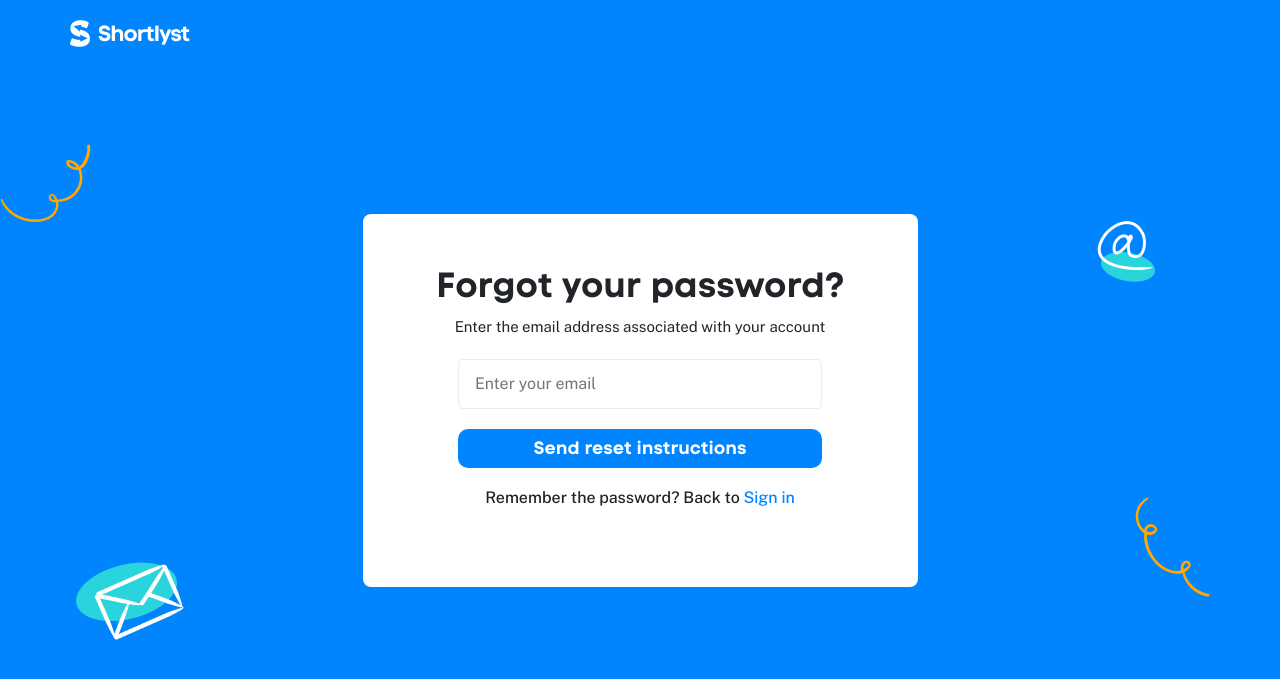
Repository: devtech92/shortlyst-vue
Page: /email-verifed
The author's editor kept a copy of each file at every save. The page is drawn from the files as they stood at one save, then again after a run of saves.
The browser window is 1280 px wide. The pictures show the whole page.
Some web libraries are served in a nearby version. The project was rebuilt for these pictures with package versions that can differ from the ones it lists, and the page was loaded fresh each time. Also part of the build but not shown: vue.config.js, src/components/layouts/Navigation.vue, src/components/layouts/DefaultLayout.vue, src/views/Home.vue.

Above is the page before, as saved 2021-06-04 21:46:10.

### public/index.html
<!DOCTYPE html>
<html lang="">

<head>
  <meta charset="utf-8">
  <meta http-equiv="X-UA-Compatible" content="IE=edge">
  <meta name="viewport" content="width=device-width,initial-scale=1.0">
  <link rel="icon" href="<%= BASE_URL %>favicon.ico">

  <!-- Styles -->
  <link rel="stylesheet" href="https://cdnjs.cloudflare.com/ajax/libs/font-awesome/5.11.2/css/all.min.css">
  <link rel="stylesheet" href="https://cdn.jsdelivr.net/gh/fancyapps/fancybox@3.5.7/dist/jquery.fancybox.min.css" />
  <link rel="stylesheet" type="text/css" href="css/owl.css">

  <!-- Scripts -->
  <!-- <script rel="preload" as="script" src="https://code.jquery.com/jquery-3.5.1.slim.min.js"
          integrity="sha384-DfXdz2htPH0lsSSs5nCTpuj/zy4C+OGpamoFVy38MVBnE+IbbVYUew+OrCXaRkfj"
          crossorigin="anonymous"></script>
  <script rel="preload" as="script" src="https://cdn.jsdelivr.net/npm/bootstrap@4.6.0/dist/js/bootstrap.bundle.min.js"
          integrity="sha384-Piv4xVNRyMGpqkS2by6br4gNJ7DXjqk09RmUpJ8jgGtD7zP9yug3goQfGII0yAns"
          crossorigin="anonymous"></script> -->
   <script rel="preload"  src="js/jquery.min.js" as="script"></script>
   <script rel="preload" src="js/bootstrap.bundle.min.js" as="script"></script>
  <script rel="preload" src="js/owl.js" as="script"></script>
  <script rel="preload" src="js/custom.js" as="script"></script>

  <title>
    <%= htmlWebpackPlugin.options.title %>
  </title>
</head>

<body>
  <noscript>
    <strong>We're sorry but <%= htmlWebpackPlugin.options.title %> doesn't work properly without JavaScript enabled.
        Please enable it to continue.</strong>
  </noscript>
  <div id="app"></div>
  <!-- built files will be auto injected -->

</body>

</html>

### src/views/EmailVerifed.vue
<template>
  <section class="contact-salses forgot-password">
    <div class="container-fluid">
      <div class="row">
        <div class="col-md-12">
          <div class="salse-header">
            <div class="login-logo">
              <router-link to="/">
                <img src="@/assets/images/white-logo.png" />
              </router-link>
            </div>
          </div>
        </div>
      </div>
    </div>
    <div class="container">
      <div class="row">
        <div class="col-md-12">
          <div class="contact-sales">
            <div class="contact-vectors contact-vector">
              <img src="@/assets/images/contact-vector1.png" />
            </div>
            <div class="contact-vectors contact-vector1">
              <img src="@/assets/images/forgot-vector.png" />
            </div>
            <div class="contact-vectors contact-vector2">
              <img src="@/assets/images/contact-vector5.png" />
            </div>
            <div class="contact-vectors contact-vector3">
              <img src="@/assets/images/contact-vector3.png" />
            </div>
            <div class="contacts-sales">
              <div class="salse-title">
                <h3>Forgot your password?</h3>
                <p>Enter the email address associated with your account</p>
              </div>
              <form action="" class="contact-form">
                <div class="forgot-pass">
                  <div class="form-rows">
                    <input
                      type="email"
                      class="general-field"
                      placeholder="Enter your email"
                    />
                  </div>
                  <div class="form-rows">
                    <button class="btn btn-blue">
                      Send reset instructions
                    </button>
                  </div>
                  <div class="form-rows">
                    <h6>
                      Remember the password? Back to
                      <router-link to="/login">Sign in</router-link>
                    </h6>
                  </div>
                </div>
              </form>
            </div>
          </div>
        </div>
      </div>
    </div>
  </section>
</template>


<script>
// @ is an alias to /src

import GuestLayout from "@/components/layouts/GuestLayout.vue";

export default {
  name: "ForgotPassword",
  components: {
    // ,
  },
  created() {
    this.$emit(`update:layout`, GuestLayout);
  },
  mounted() {},
};
</script>

### src/assets/scss/_variables.scss
// Body
// $body-bg: #f8fafc;

// Typography
// $font-family-sans-serif: "Nunito",
// sans-serif;
// $font-size-base: 0.9rem;
// $line-height-base: 1.6;

// Colors
// $primary: #F97D02;
// $dark: #131921;
// $dark-grey:#212A39;

// Colors
$blue: #3490dc;
$indigo: #6574cd;
$purple: #9561e2;
$pink: #f66d9b;
$red: #e3342f;
$orange: #f6993f;
$yellow: #ffed4a;
$green: #38c172;
$teal: #4dc0b5;
$cyan: #6cb2eb;
// $input-color: $dark !important;
// $input-border-color: lighten($dark, 30%) !important;

### src/components/layouts/GuestLayout.vue
<template>
  <div>
    <slot />
  </div>
</template>
<script>
export default {
  name: "GuestLayoutView",
};
</script>
<style></style>

### public/css/owl.css
/**
 * Owl Carousel v2.3.4
 * Copyright 2013-2018 David Deutsch
 * Licensed under: SEE LICENSE IN https://github.com/OwlCarousel2/OwlCarousel2/blob/master/LICENSE
 */
.owl-carousel,.owl-carousel .owl-item{-webkit-tap-highlight-color:transparent;position:relative}.owl-carousel{display:none;width:100%;z-index:1}.owl-carousel .owl-stage{position:relative;-ms-touch-action:pan-Y;touch-action:manipulation;-moz-backface-visibility:hidden}.owl-carousel .owl-stage:after{content:".";display:block;clear:both;visibility:hidden;line-height:0;height:0}.owl-carousel .owl-stage-outer{position:relative;overflow:hidden;-webkit-transform:translate3d(0,0,0)}.owl-carousel .owl-item,.owl-carousel .owl-wrapper{-webkit-backface-visibility:hidden;-moz-backface-visibility:hidden;-ms-backface-visibility:hidden;-webkit-transform:translate3d(0,0,0);-moz-transform:translate3d(0,0,0);-ms-transform:translate3d(0,0,0)}.owl-carousel .owl-item{min-height:1px;float:left;-webkit-backface-visibility:hidden;-webkit-touch-callout:none}.owl-carousel .owl-item img{display:block;width:100%}.owl-carousel .owl-dots.disabled,.owl-carousel .owl-nav.disabled{display:none}.no-js .owl-carousel,.owl-carousel.owl-loaded{display:block}.owl-carousel .owl-dot,.owl-carousel .owl-nav .owl-next,.owl-carousel .owl-nav .owl-prev{cursor:pointer;-webkit-user-select:none;-khtml-user-select:none;-moz-user-select:none;-ms-user-select:none;user-select:none}.owl-carousel .owl-nav button.owl-next,.owl-carousel .owl-nav button.owl-prev,.owl-carousel button.owl-dot{background:0 0;color:inherit;border:none;padding:0!important;font:inherit}.owl-carousel.owl-loading{opacity:0;display:block}.owl-carousel.owl-hidden{opacity:0}.owl-carousel.owl-refresh .owl-item{visibility:hidden}.owl-carousel.owl-drag .owl-item{-ms-touch-action:pan-y;touch-action:pan-y;-webkit-user-select:none;-moz-user-select:none;-ms-user-select:none;user-select:none}.owl-carousel.owl-grab{cursor:move;cursor:grab}.owl-carousel.owl-rtl{direction:rtl}.owl-carousel.owl-rtl .owl-item{float:right}.owl-carousel .animated{animation-duration:1s;animation-fill-mode:both}.owl-carousel .owl-animated-in{z-index:0}.owl-carousel .owl-animated-out{z-index:1}.owl-carousel .fadeOut{animation-name:fadeOut}@keyframes fadeOut{0%{opacity:1}100%{opacity:0}}.owl-height{transition:height .5s ease-in-out}.owl-carousel .owl-item .owl-lazy{opacity:0;transition:opacity .4s ease}.owl-carousel .owl-item .owl-lazy:not([src]),.owl-carousel .owl-item .owl-lazy[src^=""]{max-height:0}.owl-carousel .owl-item img.owl-lazy{transform-style:preserve-3d}.owl-carousel .owl-video-wrapper{position:relative;height:100%;background:#000}.owl-carousel .owl-video-play-icon{position:absolute;height:80px;width:80px;left:50%;top:50%;margin-left:-40px;margin-top:-40px;background:url(owl.video.play.png) no-repeat;cursor:pointer;z-index:1;-webkit-backface-visibility:hidden;transition:transform .1s ease}.owl-carousel .owl-video-play-icon:hover{-ms-transform:scale(1.3,1.3);transform:scale(1.3,1.3)}.owl-carousel .owl-video-playing .owl-video-play-icon,.owl-carousel .owl-video-playing .owl-video-tn{display:none}.owl-carousel .owl-video-tn{opacity:0;height:100%;background-position:center center;background-repeat:no-repeat;background-size:contain;transition:opacity .4s ease}.owl-carousel .owl-video-frame{position:relative;z-index:1;height:100%;width:100%}

Loaded but not shown: src/App.vue (common file); public/js/jquery.min.js (library); public/js/bootstrap.bundle.min.js (library); public/js/owl.js (3448 lines, source omitted); src/router/index.js (116 lines, source omitted); src/assets/js/custom.js (84 lines, source omitted); public/js/custom.js (75 lines, source omitted); src/main.js (26 lines, source omitted); src/assets/scss/app.scss (2842 lines, source omitted)

After the next 6 saves:
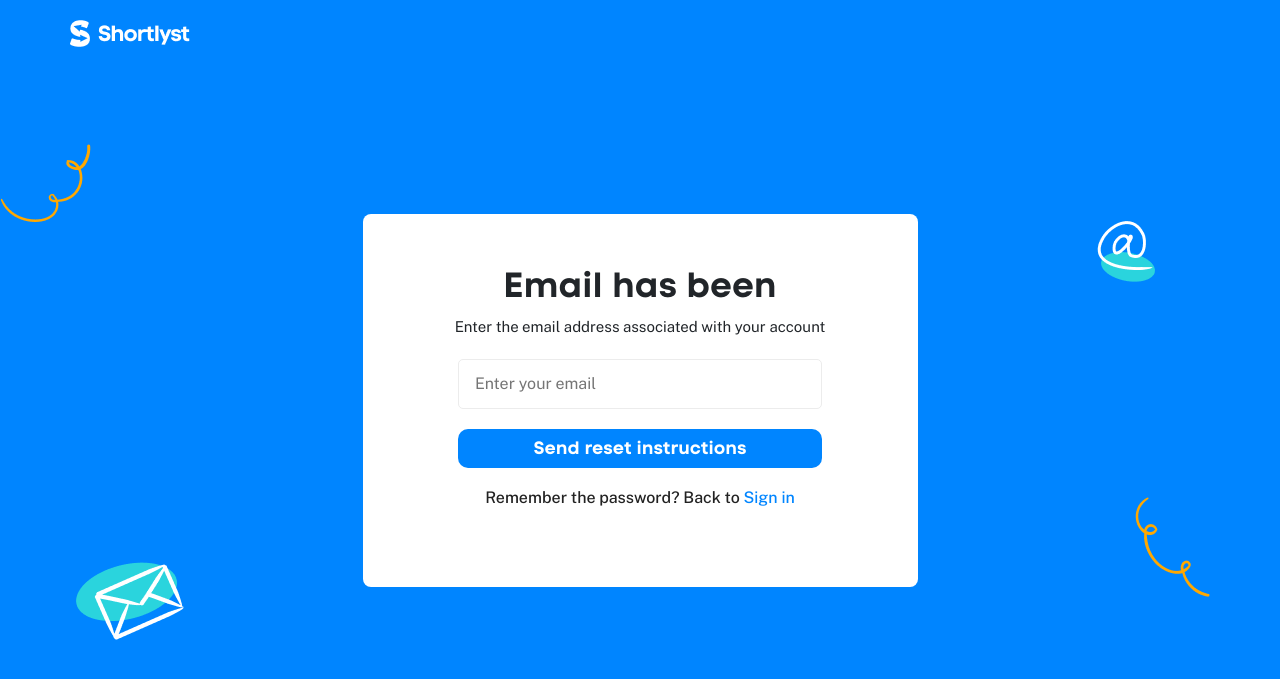
The 6 saves are shown as one change because they came seconds apart.
The last was saved 63 s later.
--- a/src/views/EmailVerifed.vue
+++ b/src/views/EmailVerifed.vue
@@ -31,7 +31,7 @@
             </div>
             <div class="contacts-sales">
               <div class="salse-title">
-                <h3>Forgot your password?</h3>
+                <h3>Email has been </h3>
                 <p>Enter the email address associated with your account</p>
               </div>
               <form action="" class="contact-form">
